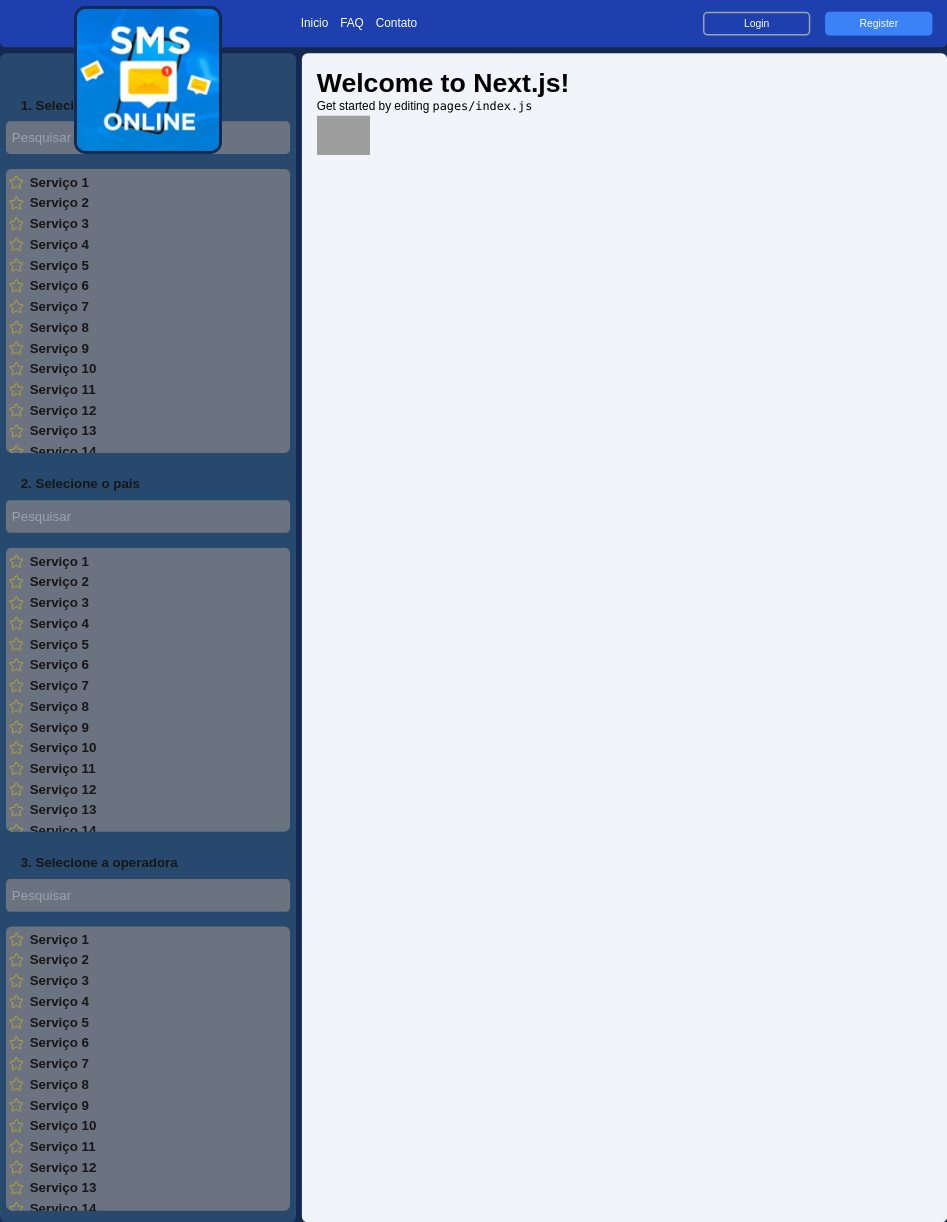
Repository: Felipe-Henrique-Dev/-DIOGO-SMS
Page: /
An editor plug-in stored every save of this project. The page is shown before and after a run of saves, followed by the edit.
The browser window is 1280 px wide. The pictures show the whole page, at 74% of full size.
Pictures or frames that could not be fetched are drawn as grey boxes. The project was rebuilt for these pictures with package versions that can differ from the ones it lists, and the page was loaded fresh each time. The framework's server and built-in components were replaced by stand-ins that run in the browser. Also part of the build but not shown: next.config.ts.

Above is the page before, as saved 2024-12-16 22:27:06.

After the next 3 saves:
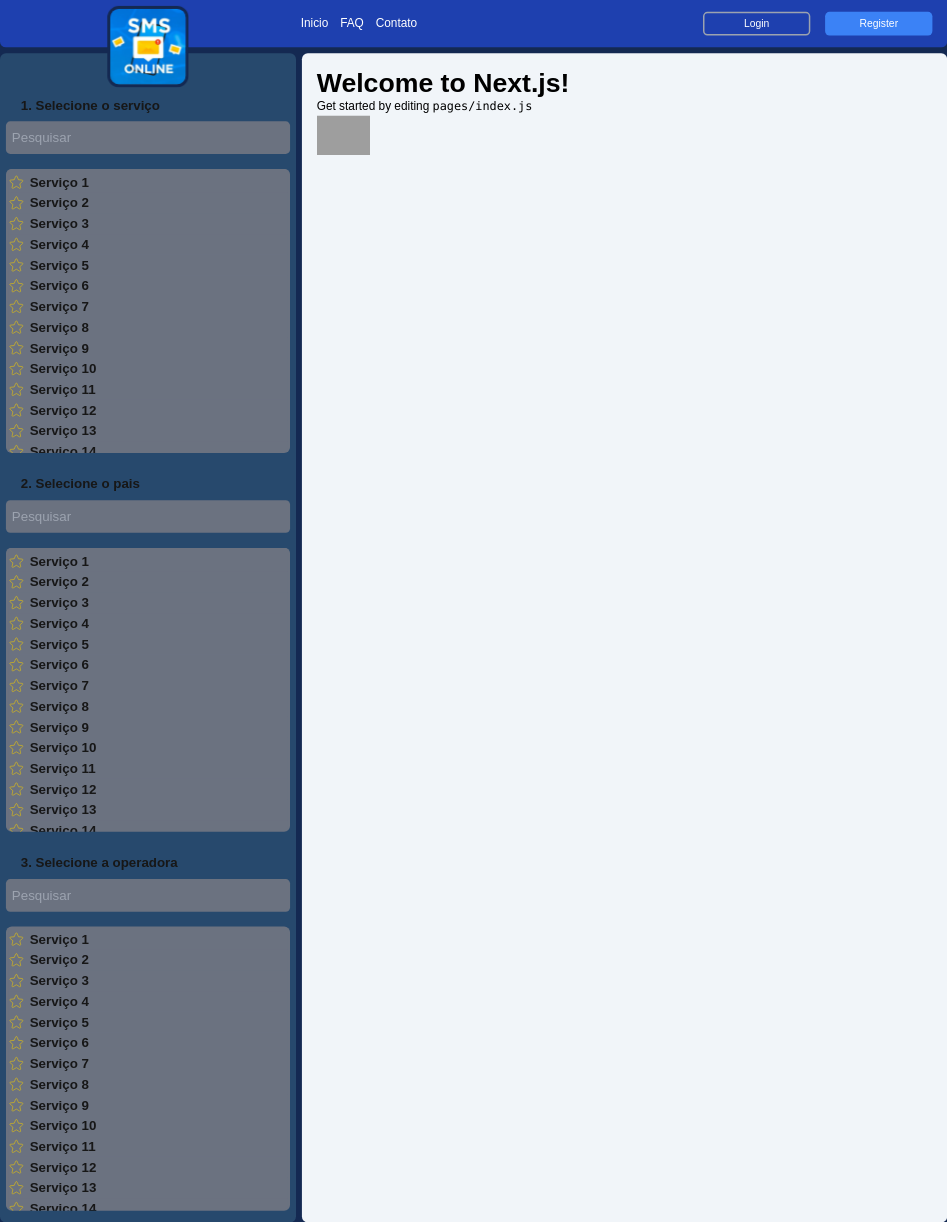
The 3 saves are shown as one change because they came seconds apart.
The last was saved 10 s later.
--- a/src/components/main/WebApp.tsx
+++ b/src/components/main/WebApp.tsx
@@ -10,7 +10,7 @@ export default function WebApp() {
 
   return (
     <aside className="min-w-[25rem] min-h-[90svh] bg-background_secondary text-pri sticky left-0 top-[4.5rem] rounded-lg flex flex-col p-2 gap-5  pt-14 z-[999]">
-      <Image src="/logo.webp" alt="Logo" width={200} height={200} className="rounded-2xl absolute -top-16 transform -translate-x-1/2 left-1/2 z-[99] border-4 border-background " />
+      <Image src="/logo.webp" alt="Logo" width={110} height={110} className="rounded-2xl absolute -top-16 transform -translate-x-1/2 left-1/2 z-[99] border-4 border-background " />
       <Container subTitle="1. Selecione o serviço" list={list} select={selectService} setSelect={setSelectService} />
       <Container subTitle="2. Selecione o pais" list={list} select={selectCountry} setSelect={setSelectCountry} />
       <Container subTitle="3. Selecione a operadora" list={list} select={selectOperator} setSelect={setSelectOperator} />
